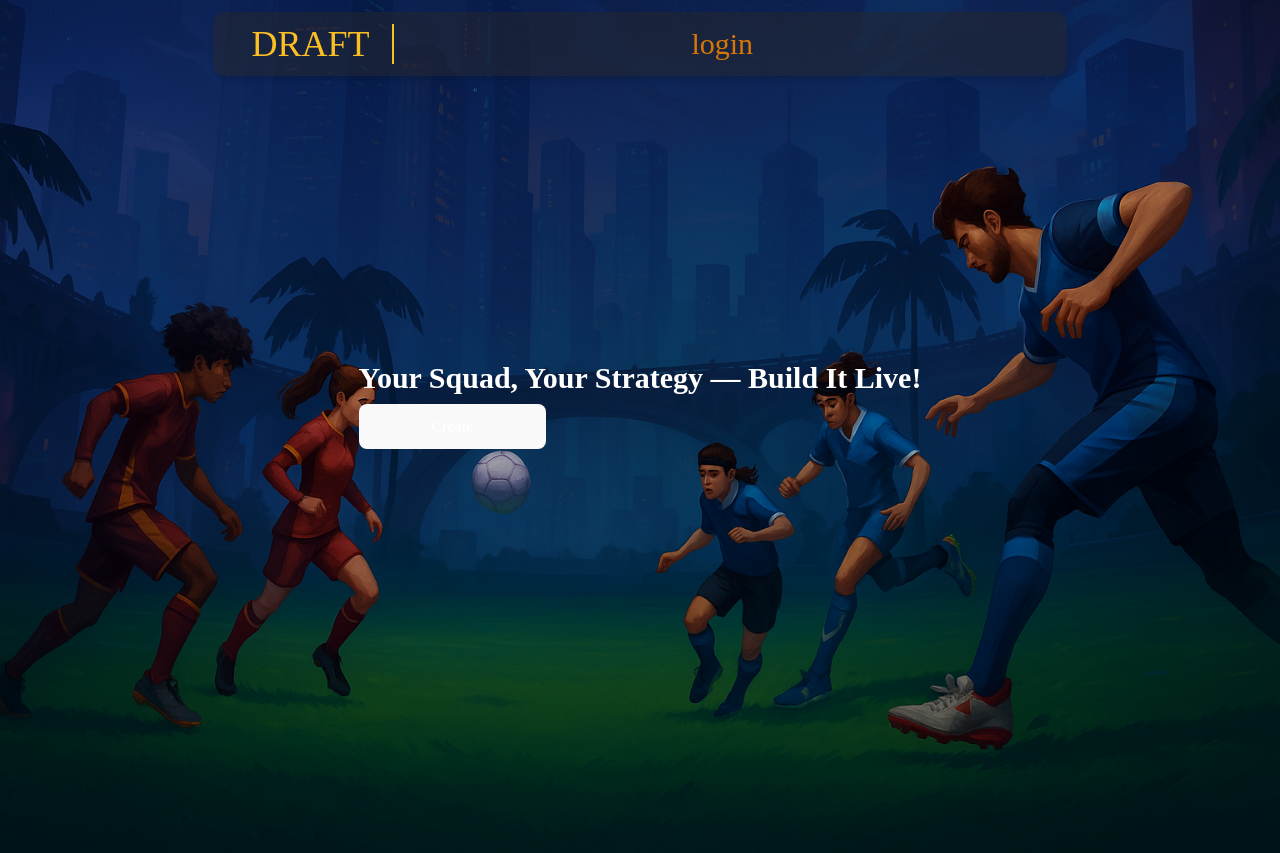
Repository: MehediMim/LeagueCrafter--Online-Auction-Platform-Project
Page: / (app in my-app/)
An editor plug-in stored every save of this project. The page is shown before and after the next save, followed by the edit.
The browser window is 1280 px wide. The pictures show the whole page.
Some web fonts or font styles are not loaded; a fallback is used. The project was rebuilt for these pictures with package versions that can differ from the ones it lists, and the page was loaded fresh each time. Also part of the build but not shown: my-app/vite.config.js, my-app/src/pages/Dashboard.jsx, my-app/src/pages/Login.jsx.

Above is the page before, as saved 2025-05-25 02:12:47.

### my-app/src/main.jsx
import { StrictMode } from 'react'
import { createRoot } from 'react-dom/client'
import React from 'react';
import ReactDOM from 'react-dom/client';
import './index.css'
import App from './App.jsx'
import { Auth0Provider } from '@auth0/auth0-react';
console.log("HELLO WORLD");
console.log('Domain:', import.meta.env.VITE_AUTH0_DOMAIN);
console.log('Client ID:', import.meta.env.VITE_AUTH0_CLIENT_ID);
console.log("HELLO WORLD");

ReactDOM.createRoot(document.getElementById('root')).render(
<React.StrictMode>
  <Auth0Provider
    domain={import.meta.env.VITE_AUTH0_DOMAIN}
    clientId={import.meta.env.VITE_AUTH0_CLIENT_ID}
    authorizationParams={{

      redirect_uri: window.location.origin,
      audience: import.meta.env.VITE_AUTH0_AUDIENCE
    }}
  >
    <App />
  </Auth0Provider>
</React.StrictMode>
);

### my-app/src/index.css
@import url('https://fonts.googleapis.com/css2?family=Bebas+Neue&display=swap');
@import url('https://fonts.googleapis.com/css2?family=Raleway:wght@400;700&display=swap');
@import url('https://fonts.googleapis.com/css2?family=Jaro&display=swap');
@import url('https://fonts.googleapis.com/css2?family=WDXL+Lubrifont+TC&display=swap');
@import url('https://fonts.googleapis.com/css2?family=Barrio&display=swap');

@tailwind base;
@tailwind components;
@tailwind utilities;



:root {
  font-family: system-ui, Avenir, Helvetica, Arial, sans-serif;
  line-height: 1.5;
  font-weight: 400;

  color-scheme: light dark;
  color: rgba(255, 255, 255, 0.87);
  background-color: #242424;

  font-synthesis: none;
  text-rendering: optimizeLegibility;
  -webkit-font-smoothing: antialiased;
  -moz-osx-font-smoothing: grayscale;
}

a {
  font-weight: 500;
  color: #646cff;
  text-decoration: inherit;
}
a:hover {
  color: #535bf2;
}

body {
  margin: 0;
  display: flex;
  place-items: center;
  min-width: 320px;
  min-height: 100vh;
}

h1 {
  font-size: 3.2em;
  line-height: 1.1;
}

button {
  border-radius: 8px;
  border: 1px solid transparent;
  padding: 0.6em 1.2em;
  font-size: 1em;
  font-weight: 500;
  font-family: inherit;
  background-color: #1a1a1a;
  cursor: pointer;
  transition: border-color 0.25s;
}
button:hover {
  border-color: #646cff;
}
button:focus,
button:focus-visible {
  outline: 4px auto -webkit-focus-ring-color;
}

@media (prefers-color-scheme: light) {
  :root {
    color: #213547;
    background-color: #ffffff;
  }
  a:hover {
    color: #747bff;
  }
  button {
    background-color: #f9f9f9;
  }
}

### my-app/src/App.jsx
import { BrowserRouter, Routes, Route } from "react-router-dom";
import Navbar from "./components/Navbar";
import Home from "./pages/Home";
import Dashboard from "./pages/Dashboard";
import Login from "./pages/Login";


export default function App() {
  return (
    <BrowserRouter>
      <Navbar />
      <Routes>
        <Route path="/" element={<Home />} />
        <Route path="/dashboard" element={<Dashboard />} />
        <Route path="/login" element={<Login />} />
        {/* <Route path="/auction" element={<AuctionRoom />} /> */}
        {/* <Route path="*" element={<NotFound />} /> */}
      </Routes>
    </BrowserRouter>
  );
}

### my-app/src/components/Navbar.jsx
import { Link } from "react-router-dom";
import { useAuth0 } from "@auth0/auth0-react";

export default function Navbar(params) {

  const { user, isAuthenticated, isLoading, loginWithRedirect, logout } = useAuth0();

  return (
    <div className="h-16 w-screen absolute top-3 z-50 flex justify-center">
      <div className="w-2/3 flex justify-center">
        <div className="bg-zinc-800 bg-opacity-50 shadow-md p-4 rounded-xl w-full flex items-center">
          {/* <div className="w-auto h-auto rounded-xl m-4 flex p-4"> */}
          <div className="w-1/4 border-r-2 border-amber-400 flex justify-center">
            <Link to="/"><h1 className="font-jaro text-4xl text-amber-400 hover:text-white">DRAFT</h1></Link>
          </div>
          <div className="w-full flex justify-evenly   items-center">
            {/* <Link to="/" className="text-amber-600 hover:text-white"><h1 className="text-3xl font-jaro">home</h1></Link> */}
            {/* <Link className="text-amber-600 hover:text-white"><h1 className="text-3xl font-jaro">registrations</h1></Link> */}
            {!isAuthenticated && <Link to="/login" className="text-amber-600 hover:text-white"><h1 className="text-3xl  font-jaro">login</h1></Link>}
            {isAuthenticated && <Link to="/dashboard" className="text-amber-600 hover:text-white"><h1 className="text-3xl  font-jaro">dashboard</h1></Link>}

          </div>
          {/* </div> */}
        </div>
        {isAuthenticated && <div className=" h-16 w-16  ml-3 group cursor-pointer relative">


          <div className="rounded-full border-amber-600 border-4 h-16 w-16">
            <img src={user.picture} className="rounded-full"></img>
          </div>

          <div className="absolute top-10 left-36 -translate-x-1/2  bg-zinc-800 text-white rounded-xl p-4 shadow-lg hidden group-hover:block z-50">
            <p className="text-lg font-bold font-raleway text-left">{user.name}</p>
            <p className="text-lg  font-kanit text-center font-raleway">{user.email}</p>
            <button
              onClick={() => logout({ returnTo: window.location.origin })}
              className="mt-3 w-full px-4 py-2 text-smbg rounded hover:bg-white  hover:text-black transition font-kanit"
            >
              Logout
            </button>
          </div>


        </div>
        }
      </div>
    </div>
  )
};

### my-app/src/pages/Home.jsx
import bg from "../assets/bg1.png"
export default function Home(params) {
    return (
        <div>
            <div className="w-full h-auto absolute top-0 left-0 z-0 overflow-hidden">
                <div className=" overflow-hidden h-full bg-black absolute opacity-55">

                </div>
                <div>
                    <img src={bg} className=""></img>
                </div>
            </div>
            <div className="flex justify-center items-center w-screen absolute overflow-hidden">
                <div className="justify-start flex flex-col">
                    <div>
                        <h1 className="text-3xl font-barrio text-white font-bold">Your Squad, Your Strategy — Build It Live!</h1>
                    </div>
                    <div className="flex justify-start pt-2 ">
                        <button className="font-jaro w-1/3 text-white hover:bg-white hover:text-black">Create</button>
                    </div>
                </div>
            </div>
        </div>
    )
};

### my-app/tailwind.config.js
/** @type {import('tailwindcss').Config} */
export default {
  content: [
    "./index.html",
    "./src/**/*.{js,ts,jsx,tsx}",
  ],
  theme: {
    extend: {
      fontFamily: {
        bebas: ['"Bebas Neue"', 'cursive'],
        raleway: ['Raleway', 'sans-serif'],
        jaro: ['Jaro', 'cursive'],
        lubrifont: ['Lubrifont', 'sans-serif'],
        barrio: ['Barrio', 'normal'],
      },
    },
  },
  plugins: [],
}

Loaded but not shown: my-app/index.html (common file)

After the next save:
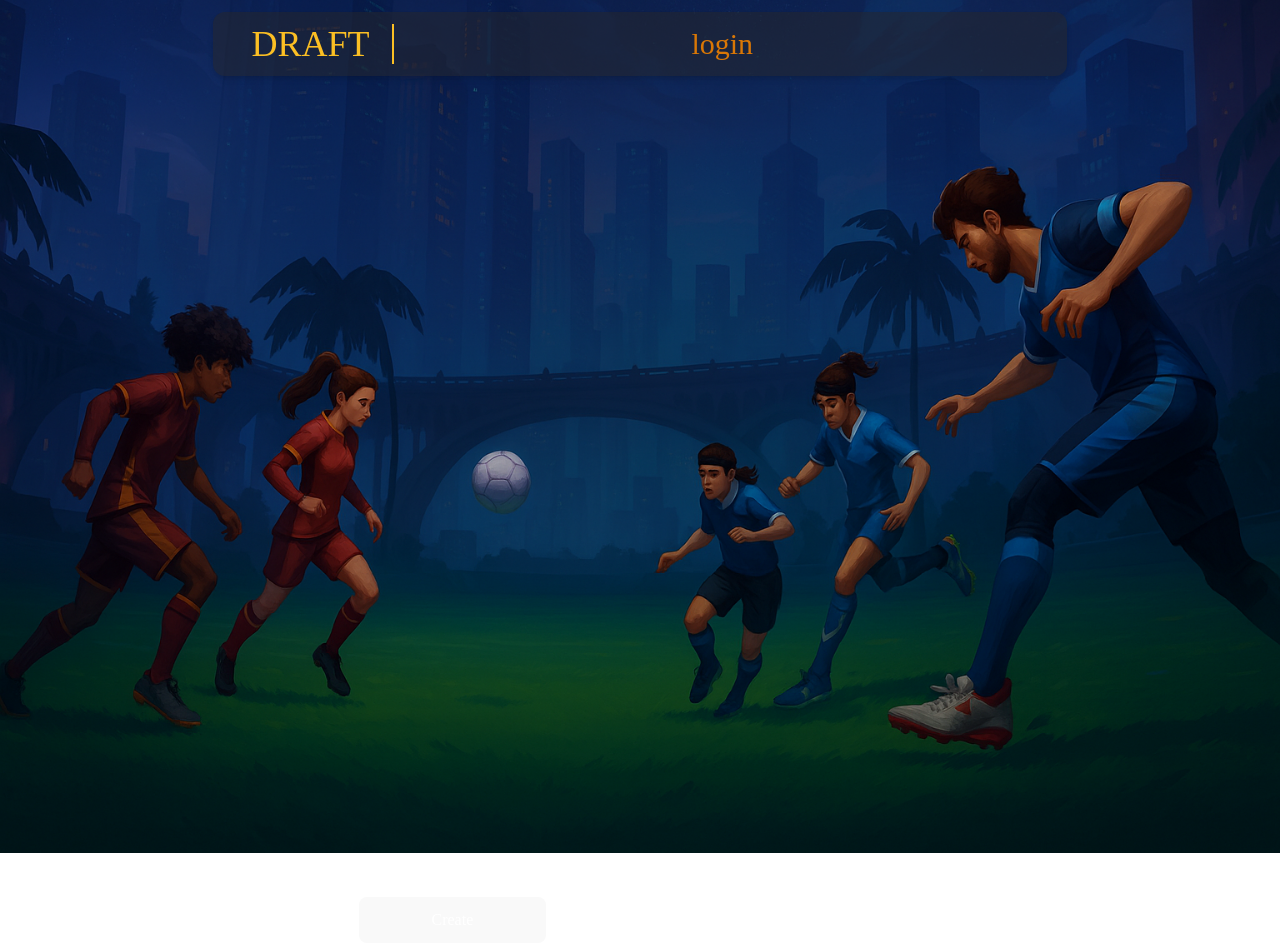
Saved 20 s later.
--- a/my-app/src/pages/Home.jsx
+++ b/my-app/src/pages/Home.jsx
@@ -2,7 +2,7 @@
 export default function Home(params) {
     return (
         <div>
-            <div className="w-full h-auto absolute top-0 left-0 z-0 overflow-hidden">
+            <div className="w-full h-auto  z-0 overflow-hidden">
                 <div className=" overflow-hidden h-full bg-black absolute opacity-55">
 
                 </div>

After the 3 saves that followed:
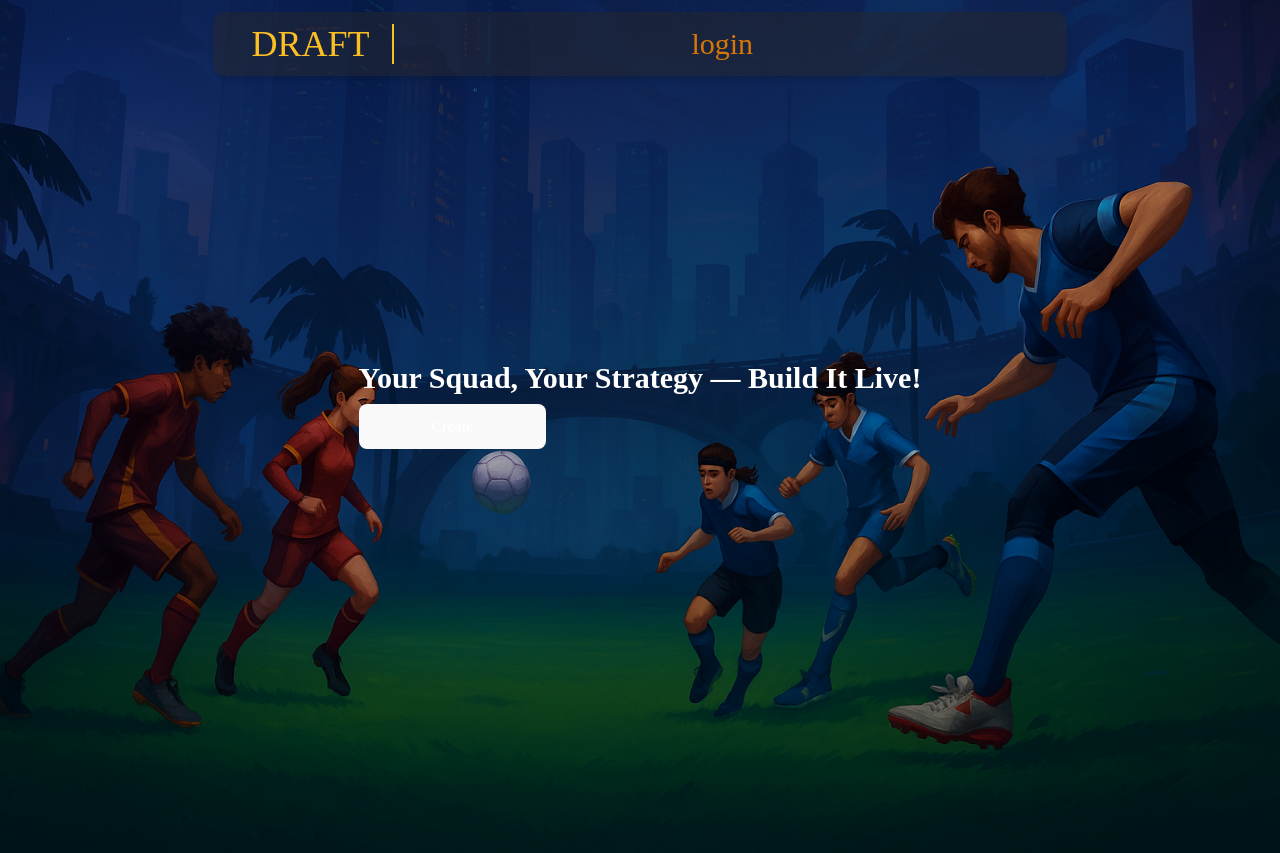
The 3 saves are shown as one change because 1 left the picture as it was and some came seconds apart.
The last was saved 19 s later.
--- a/my-app/src/pages/Home.jsx
+++ b/my-app/src/pages/Home.jsx
@@ -3,11 +3,11 @@
     return (
         <div>
             <div className="w-full h-auto  z-0 overflow-hidden">
-                <div className=" overflow-hidden h-full bg-black absolute opacity-55">
+                <div className=" overflow-hidden h-full bg-black absolute top-0 left-0 opacity-55">
 
                 </div>
                 <div>
-                    <img src={bg} className=""></img>
+                    <img src={bg} className="absolute top-0 left-0"></img>
                 </div>
             </div>
             <div className="flex justify-center items-center w-screen absolute overflow-hidden">
